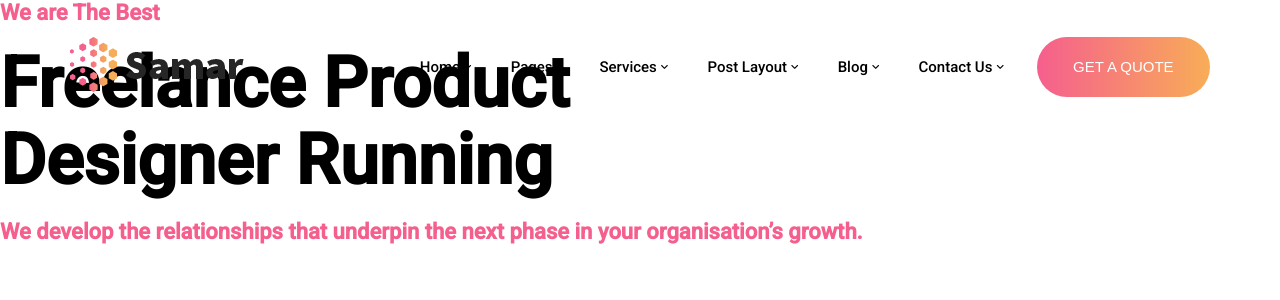
Repository: truongcongtrung2709/truongcongtrung__samar
Page: index.html
These files come from the project's save history. The page is drawn as it stood at one moment and after the next save; the edit follows.
The browser window is 1280 px wide. The pictures show the whole page.
Some web libraries are served in a nearby version.

Above is the page before, as saved 2022-06-22 20:42:01.

After the next save:
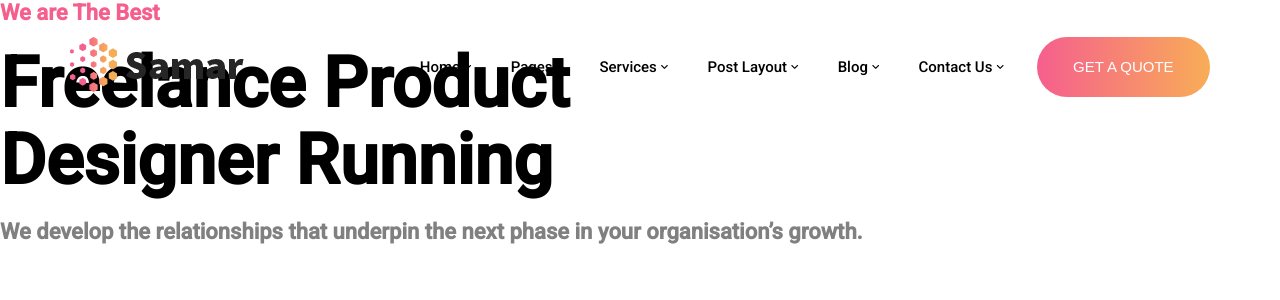
Saved 5 s later.
--- a/style.css
+++ b/style.css
@@ -24,7 +24,7 @@ body{
 .text__gray{
   font-size: 22px;
   margin-bottom: 20px;
-  color:gray; !important
+  color:gray !important;
 }
 .linear-gradient-btn{
   padding: 20px 35px;
